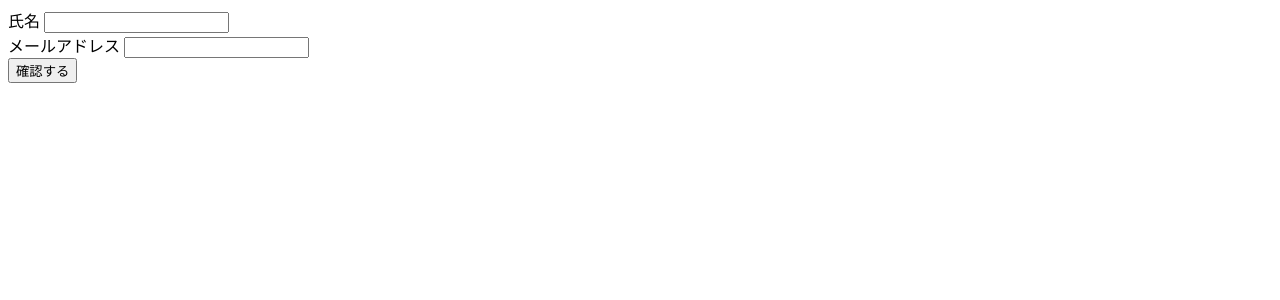
Repository: iwaki-toshiyuki/PHP-practice
Page: http://localhost/php_test2/form/input.php
The author's editor kept a copy of each file at every save. The page is drawn from the files as they stood at one save, then again after the next save.
The browser window is 1280 px wide. The pictures show the whole page.
The page is run by PHP 8.4 with error messages shown; the project is at /var/www/html/.

Above is the page before, as saved 2024-03-06 10:42:49.

### php_test2/form/input.php
<?php
// スーパーグローバル変数 php 9種類
//連想配列
if (!empty($_POST)) {
  echo '<pre>';
  var_dump($_POST);
  echo '</pre>';
}

function h($str)
{
  return htmlspecialchars($str, ENT_QUOTES, 'UTF-8');
}

// 入力、確認、完了

$pageFlag = 0;

if (!empty($_POST['btn_confirm'])) {
  $pageFlag = 1;
}

if (!empty($_POST['btn_submit'])) {
  $pageFlag = 2;
}

?>

<!DOCTYPE html>
<meta charset="utf-8">

<head></head>

<body>

  <?php if ($pageFlag == 1) : ?>
    <form method='POST' action='input.php'>
      氏名
      <?php echo h($_POST['your_name']); ?>
      <br>
      メールアドレス
      <?php echo h($_POST['email']); ?>
      <br>
      <input type="submit" name="back" value="戻る">
      <input type="submit" name="btn_submit" value="送信する">
      <input type="hidden" name="your_name" value="<?php echo h($_POST['your_name']); ?>">
      <input type="hidden" name="email" value="<?php echo h($_POST['email']); ?>">
    <?php endif; ?>

    <?php if ($pageFlag == 2) : ?>
      送信が完了しました。
    <?php endif; ?>


    <?php if ($pageFlag == 0) : ?>
      <form method='POST' action='input.php'>
        氏名
        <input type="text" name="your_name" value="<?php if(!empty($_POST['your_name'])){echo $_POST['your_name'] ;} ?>">
        <br>
        メールアドレス
        <input type="email" name="email" value="<?php if(!empty($_POST['email'])){echo $_POST['email'];} ?>">
        <br>
        <input type="submit" name="btn_confirm" value="確認する">

      </form>
    <?php endif; ?>

</body>

</html>

After the next save:
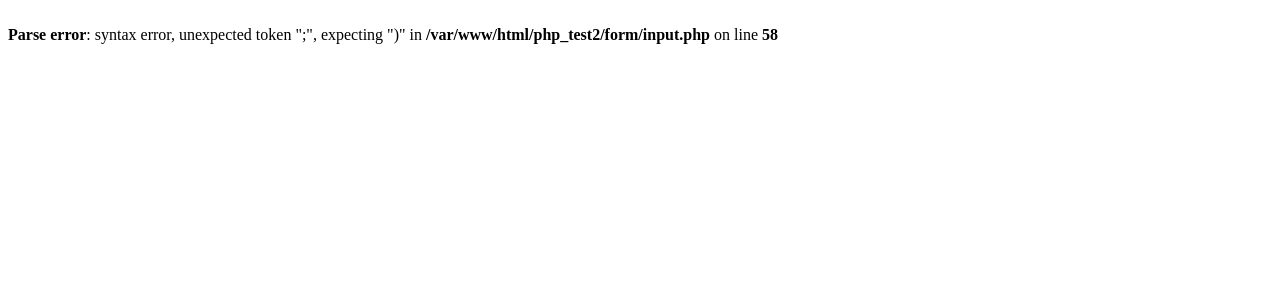
Saved 43 s later.
--- a/php_test2/form/input.php
+++ b/php_test2/form/input.php
@@ -55,7 +55,7 @@ if (!empty($_POST['btn_submit'])) {
     <?php if ($pageFlag == 0) : ?>
       <form method='POST' action='input.php'>
         氏名
-        <input type="text" name="your_name" value="<?php if(!empty($_POST['your_name'])){echo $_POST['your_name'] ;} ?>">
+        <input type="text" name="your_name" value="<?php if(!empty($_POST['your_name'])){echoh($_POST['your_name'] ;} ?>">
         <br>
         メールアドレス
         <input type="email" name="email" value="<?php if(!empty($_POST['email'])){echo $_POST['email'];} ?>">
